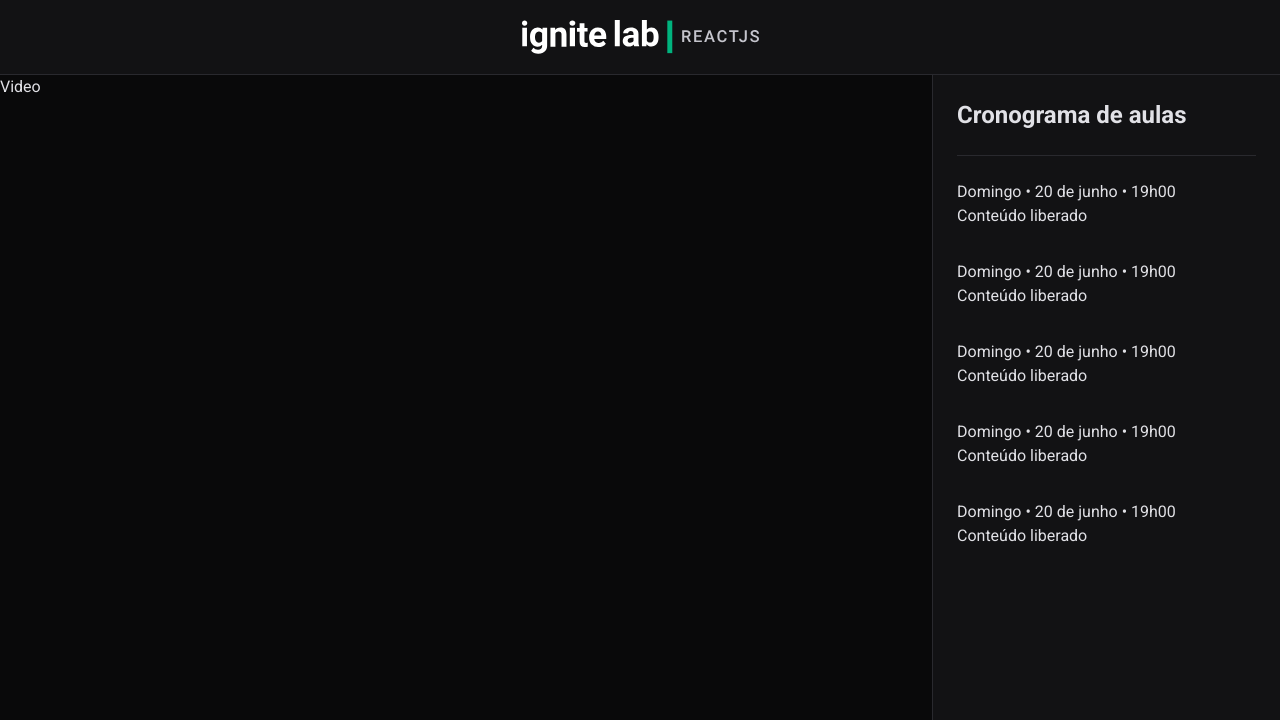
Repository: XFERRER7/Ignite-lab
Page: /
These files come from the project's save history. The page is drawn as it stood at one moment and after a run of saves; the edit follows.
The browser window is 1280 px wide. The pictures show the whole page.
The project was rebuilt for these pictures with package versions that can differ from the ones it lists, and the page was loaded fresh each time. Also part of the build but not shown: vite.config.ts.

Above is the page before, as saved 2022-06-23 07:15:33.

### index.html
<!DOCTYPE html>
<html>
  <head>
    <meta charset="UTF-8" />
    <link rel="icon" type="image/svg+xml" href="/src/favicon.svg" />
    <meta name="viewport" content="width=device-width, initial-scale=1.0" />
    <title>Event Platform</title>
    <link rel="preconnect" href="https://fonts.googleapis.com">
<link rel="preconnect" href="https://fonts.gstatic.com" crossorigin>
<link href="https://fonts.googleapis.com/css2?family=Roboto:wght@400;500;700&display=swap" rel="stylesheet">
  </head>
  <body>
    <div id="root"></div>
    <script type="module" src="/src/main.tsx"></script>
  </body>
</html>

### src/main.tsx
import { ApolloProvider } from '@apollo/client'
import React from 'react'
import ReactDOM from 'react-dom/client'
import App from './App'
import { client } from './lib/apollo'
import './styles/Global.css'

ReactDOM.createRoot(document.getElementById('root')!).render(
  <React.StrictMode>
    <ApolloProvider client={client}>
    <App />
    </ApolloProvider>
  </React.StrictMode>
)

### src/App.tsx
import { Header } from "./components/Header"
import { Lesson } from "./components/Lesson"
import { SideBar } from "./components/SideBar"
import { Video } from "./components/Video"
import { Event } from "./pages/Event"

function App() {

  return (
    <div>
      <Event/>
    </div>
  )
}

export default App

### src/lib/apollo.ts
import { ApolloClient, InMemoryCache } from "@apollo/client";

export const client = new ApolloClient({
  uri: 'https://api-sa-east-1.graphcms.com/v2/cl4oe0npq21lo01xi4o5e7kb5/master',
  cache: new InMemoryCache()
})

### src/styles/Global.css
@tailwind base;
@tailwind components;
@tailwind utilities;

body {
  @apply text-gray-100 bg-gray-900;
  -webkit-font-smoothing: antialiased;
}

### src/pages/Event.tsx
import React from 'react'
import { Header } from '../components/Header'
import { SideBar } from '../components/SideBar'
import { Video } from '../components/Video'

export const Event = () => {
  return (
    <>
    <div className='flex flex-col min-h-screen'>
      <Header/>
      <main className='flex flex-1'>
      <Video/>
      <SideBar/>
      </main>
    </div>

    </>
  )
}

### src/components/Header.tsx
import React from 'react'
import { Logo } from './Logo'

export const Header = () => {
  return (
    <header className='w-full py-5 flex items-center justify-center bg-gray-700 border-b border-gray-600'>
      <Logo/>
    </header>
  )
}

### src/components/SideBar.tsx
import React from 'react'
import { Lesson } from './Lesson'

export const SideBar = () => {
  return (
    <aside className='w-[348px] bg-gray-700 p-6 border-l border-gray-600'>
      <span className='font-bold text-2xl pb-6 mb-6 border-b border-gray-600 block'>Cronograma de aulas</span>

      <div className='flex flex-col gap-8'>
        <Lesson/>
        <Lesson/>
        <Lesson/>
        <Lesson/>
        <Lesson/>
      </div>
    </aside>
  )
}

### src/components/Video.tsx
import React from 'react'

export const Video = () => {
  return (
    <div className='flex-1'>Video</div>
  )
}

### src/components/Logo.tsx
import React from "react";

export function Logo() {
  return (
    <svg
      xmlns="http://www.w3.org/2000/svg"
      width="237"
      height="34"
      fill="none"
      viewBox="0 0 237 34"
    >
      <path
        fill="#fff"
        d="M.002 3.112a2.49 2.49 0 01.165-.987c.12-.314.304-.595.535-.83A2.906 2.906 0 012.615.572c.698 0 1.374.257 1.912.723.23.24.412.524.536.837a2.701 2.701 0 010 1.979 2.568 2.568 0 01-.536.837 2.889 2.889 0 01-1.907.723 2.901 2.901 0 01-1.908-.723 2.458 2.458 0 01-.538-.84 2.645 2.645 0 01-.172-.996zm4.96 23.146H.273V7.862h4.689v18.397zM8.012 16.973c0-2.853.686-5.145 2.055-6.883a6.653 6.653 0 015.528-2.606 5.869 5.869 0 014.802 2.09l.2-1.751h4.538v17.95a7.891 7.891 0 01-1.12 4.246 7.243 7.243 0 01-3.147 2.752 11.155 11.155 0 01-4.742.94c-1.378 0-2.74-.279-4.008-.812a7.08 7.08 0 01-2.946-2.11l2.208-3.02a5.905 5.905 0 004.543 2.08 4.356 4.356 0 003.104-1.059 3.938 3.938 0 001.103-2.993v-.994a5.775 5.775 0 01-4.555 1.935 6.647 6.647 0 01-3.05-.652 6.615 6.615 0 01-2.408-1.967c-1.397-1.752-2.085-4.089-2.085-6.942v-.21h-.025l.005.006zm4.997.355a6.723 6.723 0 001.026 3.956 3.233 3.233 0 002.799 1.443c.651.045 1.3-.088 1.878-.39a3.52 3.52 0 001.396-1.305v-7.825a3.448 3.448 0 00-1.374-1.305 3.504 3.504 0 00-1.86-.39 3.28 3.28 0 00-1.61.365 3.22 3.22 0 00-1.219 1.103c-.688.975-1.036 2.418-1.036 4.348zM33.098 7.833l.158 2.196a6.527 6.527 0 012.371-1.927 6.38 6.38 0 012.971-.62c1.97 0 3.438.597 4.39 1.79.953 1.194 1.456 2.936 1.486 5.293v12.249h-4.962V14.683a3.367 3.367 0 00-.684-2.344 3.086 3.086 0 00-1.069-.598 3.008 3.008 0 00-1.211-.13 3.349 3.349 0 00-1.821.454c-.553.32-1.01.794-1.313 1.367v13.37H28.45V7.845l4.647-.012zM47.512 3.112a2.304 2.304 0 01.185-.988 2.42 2.42 0 01.59-.831A3.439 3.439 0 0150.404.57c.772 0 1.52.256 2.117.723.508.486.792 1.142.792 1.826 0 .683-.284 1.34-.792 1.826a3.417 3.417 0 01-2.11.723c-.77 0-1.517-.257-2.11-.723a2.47 2.47 0 01-.594-.839 2.342 2.342 0 01-.19-.994h-.005zm5.483 23.149h-5.18V7.86h5.18v18.4zM62.454 3.334v4.612h3.107v3.677h-3.107v9.382c-.05.53.091 1.063.395 1.495a1.824 1.824 0 001.473.45c.476.002.95-.035 1.421-.114v3.803a9.672 9.672 0 01-2.939.449c-3.398 0-5.128-1.775-5.19-5.32V11.644h-2.642V7.968h2.643V3.356h4.841v-.025l-.002.003zM76.487 27.08a9.277 9.277 0 01-6.759-2.55c-1.74-1.699-2.605-3.957-2.605-6.797v-.494a11.295 11.295 0 011.098-5.08 8.141 8.141 0 013.111-3.465 8.72 8.72 0 014.59-1.22c2.577 0 4.62.815 6.098 2.449 1.478 1.633 2.226 3.94 2.226 6.929v2.055h-12.01a4.665 4.665 0 001.473 2.971 4.487 4.487 0 003.111 1.111 5.426 5.426 0 004.548-2.115l2.476 2.781a7.506 7.506 0 01-3.07 2.507 9.81 9.81 0 01-4.287.916v.002zm-.594-15.514a3.127 3.127 0 00-2.428 1.012 5.405 5.405 0 00-1.188 2.912h7.006v-.405a3.749 3.749 0 00-.908-2.608 3.252 3.252 0 00-2.45-.908h-.03l-.002-.003zM97.771 26.259h-4.957V0h4.957V26.26zM112.209 26.259c-.227-.444-.392-.997-.496-1.659-1.196 1.333-2.751 2.002-4.666 2.002-1.811 0-3.314-.523-4.504-1.572-1.191-1.049-1.786-2.372-1.786-3.966 0-1.96.725-3.464 2.179-4.513 1.453-1.049 3.553-1.58 6.3-1.59h2.273v-1.06c0-.854-.22-1.54-.659-2.051-.44-.513-1.131-.77-2.078-.77-.832 0-1.486.2-1.957.6-.474.4-.708.945-.708 1.64h-4.941c0-1.07.331-2.062.992-2.973.662-.91 1.597-1.626 2.804-2.144 1.206-.518 2.564-.778 4.069-.778 2.28 0 4.089.573 5.429 1.718 1.34 1.145 2.009 2.756 2.009 4.83v8.017c.012 1.754.256 3.082.735 3.983v.29h-4.992l-.003-.004zm-4.086-3.435c.728 0 1.402-.163 2.016-.486.614-.326 1.071-.76 1.367-1.308v-3.181h-1.846c-2.472 0-3.79.854-3.948 2.564l-.017.291c0 .614.217 1.123.649 1.523.434.4 1.026.6 1.779.6v-.003zM136.58 17.183c0 2.963-.632 5.273-1.898 6.931-1.265 1.659-3.032 2.488-5.3 2.488-2.006 0-3.608-.77-4.805-2.308l-.222 1.967h-4.444V.001h4.94v9.418c1.14-1.332 2.638-2 4.496-2 2.256 0 4.025.828 5.308 2.487 1.283 1.658 1.923 3.992 1.923 7v.274l.002.003zm-4.94-.358c0-1.868-.296-3.233-.889-4.094-.592-.861-1.475-1.29-2.65-1.29-1.572 0-2.655.643-3.247 1.932v7.299c.604 1.298 1.697 1.95 3.282 1.95 1.584 0 2.643-.788 3.146-2.36.239-.752.358-1.897.358-3.437z"
      ></path>
      <path
        fill="#C4C4CC"
        d="M164.51 17.501h-2.283v4.53h-2.048v-11.78h4.143c1.36 0 2.408.306 3.149.915.74.61 1.108 1.493 1.108 2.648 0 .787-.19 1.449-.57 1.98-.38.532-.911.94-1.59 1.226l2.646 4.906v.106h-2.194l-2.364-4.531h.003zm-2.283-1.65h2.105c.691 0 1.229-.176 1.619-.524.39-.348.582-.824.582-1.429 0-.604-.18-1.12-.538-1.466-.358-.345-.893-.523-1.606-.533h-2.162V15.85zM179.066 16.773h-4.839v3.625h5.656v1.634h-7.704V10.25h7.648v1.65h-5.6v3.253h4.839v1.62zM189.803 19.29h-4.565l-.955 2.744h-2.127l4.452-11.783h1.836l4.459 11.783h-2.137l-.963-2.744zm-3.99-1.65h3.415l-1.707-4.89-1.708 4.89zM204.716 18.197c-.119 1.256-.583 2.238-1.392 2.941-.81.703-1.885 1.056-3.228 1.056-.938 0-1.764-.222-2.48-.668-.715-.445-1.266-1.079-1.656-1.898-.387-.82-.589-1.772-.607-2.858v-1.1c0-1.11.198-2.09.59-2.937.392-.846.96-1.5 1.695-1.96.736-.458 1.587-.688 2.554-.688 1.301 0 2.347.353 3.139 1.057.792.703 1.254 1.7 1.385 2.99h-2.039c-.096-.846-.343-1.458-.74-1.833-.397-.375-.977-.563-1.745-.563-.89 0-1.574.326-2.05.977-.479.652-.721 1.605-.733 2.863v1.044c0 1.273.227 2.245.683 2.917.457.668 1.123 1.004 2.004 1.004.805 0 1.409-.18 1.814-.543.405-.363.661-.962.77-1.804h2.038l-.002.003zM216.481 11.902h-3.674v10.132h-2.031V11.902h-3.642V10.25h9.347v1.65zM222.759 10.251h2.039v8.262c0 1.127-.353 2.023-1.057 2.687-.703.664-1.633.995-2.788.995-1.229 0-2.179-.311-2.848-.93-.669-.62-1.004-1.484-1.004-2.59h2.038c0 .627.156 1.096.467 1.412.31.316.76.474 1.347.474.55 0 .989-.183 1.315-.545.326-.366.489-.867.489-1.51V10.25h.002zM234.952 18.999c0-.518-.183-.918-.545-1.197-.363-.279-1.022-.563-1.972-.849-.95-.286-1.705-.604-2.265-.955-1.074-.674-1.612-1.555-1.612-2.638 0-.95.388-1.732 1.163-2.347.774-.614 1.779-.922 3.015-.922.819 0 1.55.15 2.194.454a3.597 3.597 0 011.513 1.29c.367.558.55 1.177.55 1.858h-2.038c0-.614-.193-1.095-.578-1.443-.385-.348-.938-.524-1.656-.524-.668 0-1.189.144-1.557.43-.37.286-.555.686-.555 1.197 0 .432.2.792.6 1.08.399.29 1.056.57 1.974.842.918.271 1.653.582 2.208.93.556.348.963.748 1.222 1.197.259.452.387.977.387 1.582 0 .982-.375 1.762-1.127 2.342-.753.58-1.775.87-3.063.87a5.755 5.755 0 01-2.352-.473c-.715-.316-1.27-.75-1.668-1.308-.397-.555-.594-1.204-.594-1.942h2.048c0 .669.222 1.187.664 1.555.441.367 1.075.55 1.902.55.713 0 1.246-.143 1.607-.432.357-.288.538-.671.538-1.145l-.003-.002z"
      ></path>
      <path fill="#00B37E" d="M150.271 33.146h-4.958V.57h4.958v32.576z"></path>
    </svg>
  );
}

### src/components/Lesson.tsx
import React from 'react'

export const Lesson = () => {
  return (
    <div>
      <span>
        Domingo • 20 de junho • 19h00
      </span>
      <div>
        <span>
        Conteúdo liberado
        </span>
      </div>
    </div>
  )
}

### tailwind.config.js
/** @type {import('tailwindcss').Config} */
module.exports = {
  content: [
    './src/**/*.tsx'
  ],
  theme: {
    extend: {
      fontFamily: {
        sans: 'Roboto, sans-serif'
      },
      colors: {
        green: {
          300: '#00B37E',
          500: '#00875F',
          700: '#015F43',
        },
        blue: {
          500: '#81D8F7',
        },
        orange: {
          500: '#FBA94C',
        },
        red: {
          500: '#F75A68',
        },
        gray: {
          100: '#E1E1E6',
          200: '#C4C4CC',
          300: '#8D8D99',
          500: '#323238',
          600: '#29292E',
          700: '#121214',
          900: '#09090A'
        }
      }
    },
  },
  plugins: [],
}

After the next 2 saves:
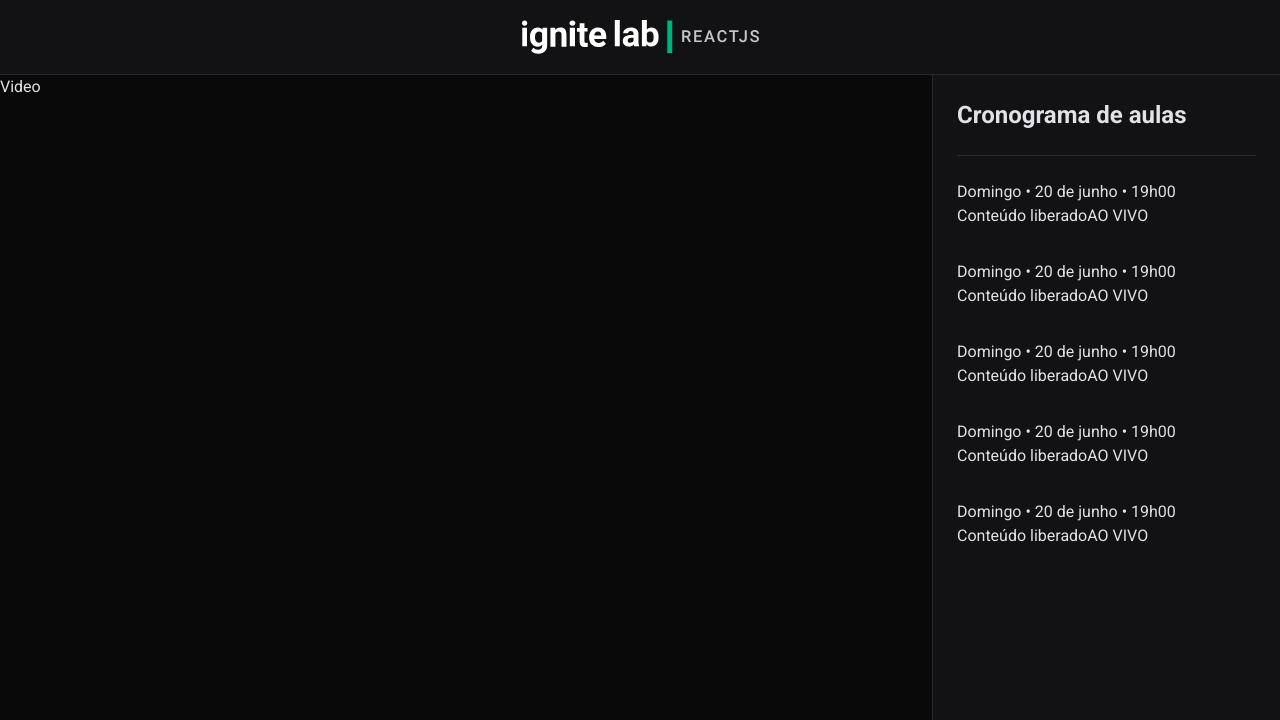
The 2 saves are shown as one change because they came seconds apart.
The last was saved 8 s later.
--- a/src/components/Lesson.tsx
+++ b/src/components/Lesson.tsx
@@ -8,7 +8,10 @@
       </span>
       <div>
         <span>
-        Conteúdo liberado
+          Conteúdo liberado
+        </span>
+        <span>
+          AO VIVO
         </span>
       </div>
     </div>
